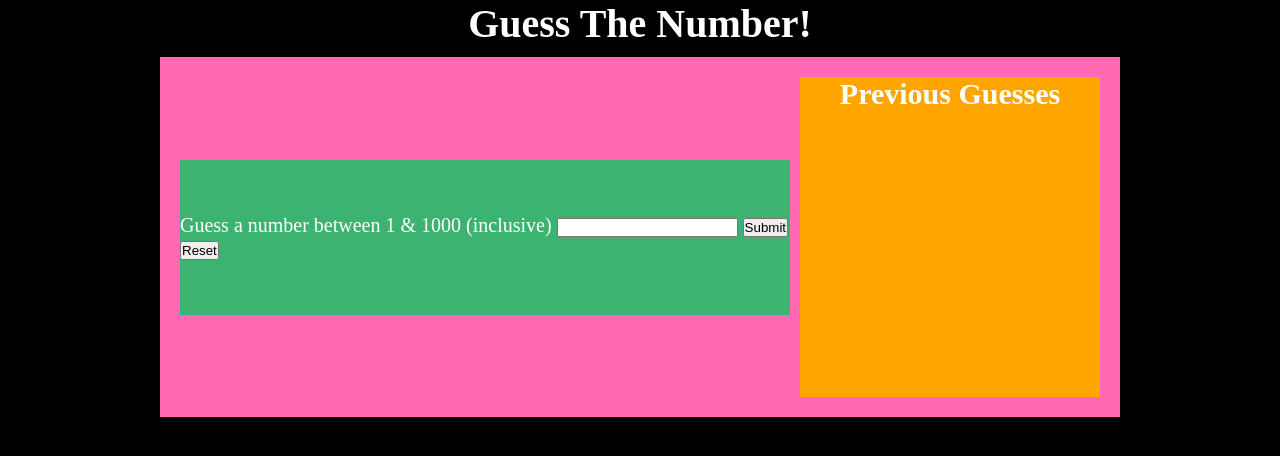
Repository: mlmEFSC21/P14-Guessing-Game
Page: guess.html
These files come from the project's save history. The page is drawn as it stood at one moment and after the next save; the edit follows.
The browser window is 1280 px wide. The pictures show the whole page.

Above is the page before, as saved 2022-03-17 14:24:56.

After the next save:
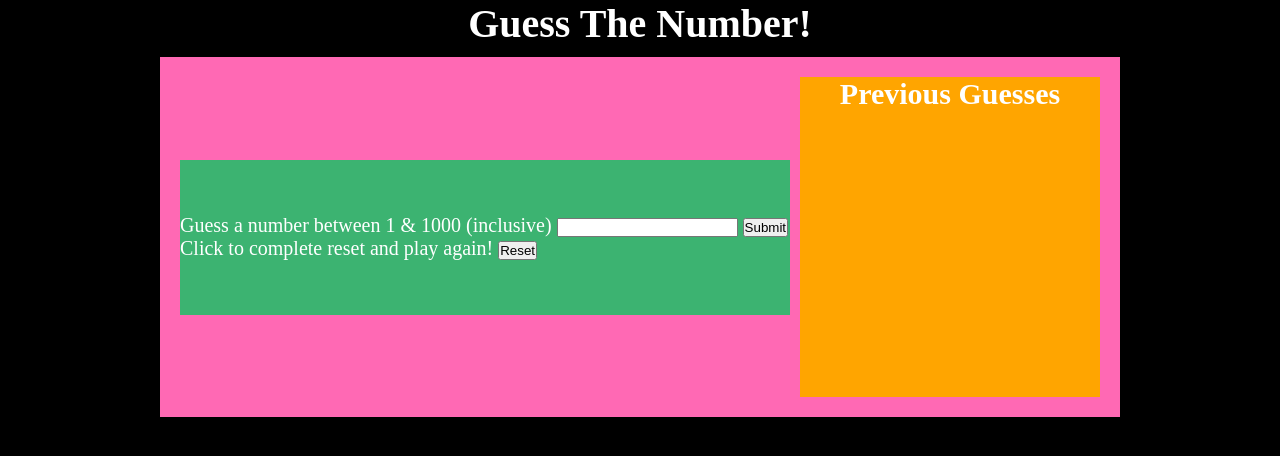
Saved 2 min 41 s later.
--- a/guess.html
+++ b/guess.html
@@ -19,6 +19,7 @@
                         <label for="guessInput">Guess a number between 1 & 1000 (inclusive)</label>
                         <input type="text" name="guessInput" id="guessInput" />
                         <input type="button" id="submitBtn" value="Submit" />
+                        <label for="resetBtn">Click to complete reset and play again!</label>
                         <input type="button" id="resetBtn" value="Reset" />
                     </form>
                 </div>
